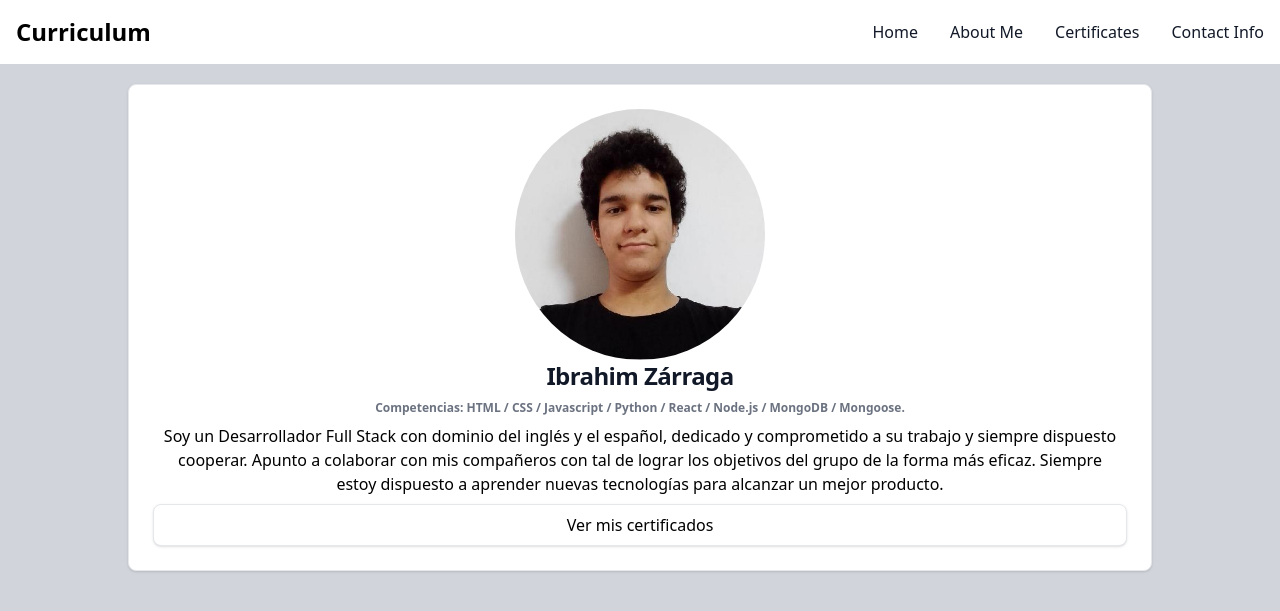
Repository: JetPi/Presentatio-Project
Page: /
An editor plug-in stored every save of this project. The page is shown before and after the next save, followed by the edit.
The browser window is 1280 px wide. The pictures show the whole page.
The project was rebuilt for these pictures with package versions that can differ from the ones it lists, and the page was loaded fresh each time. The framework's server and built-in components were replaced by stand-ins that run in the browser. Also part of the build but not shown: next.config.js.

Above is the page before, as saved 2023-04-03 15:55:49.

### src/pages/_app.tsx
import "@/styles/globals.css";
import type { AppProps } from "next/app";
import { NavBar } from "@/components/NavBar";

const navList = [
  { text: "Home", href: "/" },
  { text: "About Me", href: "/about/me" },
  { text: "Certificates", href: "/about/certificates" },
  { text: "Contact Info", href: "/about/socials" },
];

export default function App({ Component, pageProps }: AppProps) {
  return (
    <div className="min-h-screen pb-2 bg-gray-300 h-cover">
      <NavBar navList={navList} />
      <Component {...pageProps} />
    </div>
  );
}

### src/pages/index.tsx
import Head from "next/head";
import Image from "next/image";
import { Inter } from "next/font/google";
import styles from "@/styles/Home.module.css";
import { Card, CardButton } from "@/components/Card";
import { CardTitle } from "@/components/Card";
import { Url } from "url";

const inter = Inter({ subsets: ["latin"] });

let mySkills = [
  "HTML",
  "CSS",
  "Javascript",
  "Python",
  "React",
  "Node.js",
  "MongoDB",
  "Mongoose",
];

let myDescription =
  "Soy un Desarrollador Full Stack con dominio del inglés y el español, dedicado y comprometido a su trabajo y siempre dispuesto cooperar. Apunto a colaborar con mis compañeros con tal de lograr los objetivos del grupo de la forma más eficaz. Siempre estoy dispuesto a aprender nuevas tecnologías para alcanzar un mejor producto.";

function skillFixer(array: Array<string>) {
  for (let i = 0; i < array.length; i++) {
    const element = array[i];
    if (i === array.length - 1) {
      array[i] = element + ".";
    } else {
      array[i] = element + " / ";
    }
  }
  return array;
}

export default function Home() {
  const url: Url = {
    href: "/about/me",
    auth: null,
    hash: null,
    host: null,
    hostname: null,
    path: null,
    pathname: null,
    protocol: null,
    search: null,
    slashes: null,
    port: null,
    query: null,
  };
  return (
    <>
      <div className="flex justify-center pt-5 ">
        <Card styling="flex flex-col w-4/5">
          <Image
            className="flex mx-auto rounded-full align-center"
            src={"/Foto de Presentación.png"}
            width={250}
            height={250}
            alt={"Profile Photo"}
          />
          <CardTitle>Ibrahim Zárraga</CardTitle>
          <div className="mx-auto text-xs font-semibold text-gray-500">
            Competencias: {skillFixer(mySkills)}
          </div>
          <div className="m-2 text-base text-center">{myDescription}</div>
          <CardButton href={url} styling="w-auto p-2 ">
            Ver mis certificados
          </CardButton>
        </Card>
      </div>
    </>
  );
}

### src/styles/globals.css
@tailwind base;
@tailwind components;
@tailwind utilities;

:root {
  --max-width: 1100px;
  --border-radius: 12px;
  --font-mono: ui-monospace, Menlo, Monaco, "Cascadia Mono", "Segoe UI Mono",
    "Roboto Mono", "Oxygen Mono", "Ubuntu Monospace", "Source Code Pro",
    "Fira Mono", "Droid Sans Mono", "Courier New", monospace;

  --foreground-rgb: 0, 0, 0;
  --background-start-rgb: 214, 219, 220;
  --background-end-rgb: 255, 255, 255;

  --primary-glow: conic-gradient(
    from 180deg at 50% 50%,
    #16abff33 0deg,
    #0885ff33 55deg,
    #54d6ff33 120deg,
    #0071ff33 160deg,
    transparent 360deg
  );
  --secondary-glow: radial-gradient(
    rgba(255, 255, 255, 1),
    rgba(255, 255, 255, 0)
  );

  --tile-start-rgb: 239, 245, 249;
  --tile-end-rgb: 228, 232, 233;
  --tile-border: conic-gradient(
    #00000080,
    #00000040,
    #00000030,
    #00000020,
    #00000010,
    #00000010,
    #00000080
  );

  --callout-rgb: 238, 240, 241;
  --callout-border-rgb: 172, 175, 176;
  --card-rgb: 180, 185, 188;
  --card-border-rgb: 131, 134, 135;
}

@media (prefers-color-scheme: dark) {
  :root {
    --foreground-rgb: 255, 255, 255;
    --background-start-rgb: 0, 0, 0;
    --background-end-rgb: 0, 0, 0;

    --primary-glow: radial-gradient(rgba(1, 65, 255, 0.4), rgba(1, 65, 255, 0));
    --secondary-glow: linear-gradient(
      to bottom right,
      rgba(1, 65, 255, 0),
      rgba(1, 65, 255, 0),
      rgba(1, 65, 255, 0.3)
    );

    --tile-start-rgb: 2, 13, 46;
    --tile-end-rgb: 2, 5, 19;
    --tile-border: conic-gradient(
      #ffffff80,
      #ffffff40,
      #ffffff30,
      #ffffff20,
      #ffffff10,
      #ffffff10,
      #ffffff80
    );

    --callout-rgb: 20, 20, 20;
    --callout-border-rgb: 108, 108, 108;
    --card-rgb: 100, 100, 100;
    --card-border-rgb: 200, 200, 200;
  }
}

* {
  box-sizing: border-box;
  padding: 0;
  margin: 0;
}

html,
body {
  max-width: 100vw;
  overflow-x: hidden;
}

body {
  color: rgb(var(--foreground-rgb));
}

a {
  color: inherit;
  text-decoration: none;
}

@media (prefers-color-scheme: dark) {
  html {
    color-scheme: dark;
  }
}

### src/components/NavBar.tsx
import Image from "next/image";
import Link from "next/link";
import { ReactNode } from "react";
type NavData = {
  href: string;
  text: string;
};

interface Props {
  children?: ReactNode | string;
  href?: string;
  navList?: Array<NavData>;
}

function NavItem({ children, href }: Props) {
  return (
    <li>
      <Link
        href={{ pathname: href }}
        className="block py-2 pl-3 pr-4 text-gray-900 rounded hover:bg-gray-100 md:hover:bg-transparent md:border-0 md:hover:text-blue-700 md:p-0 dark:text-white md:dark:hover:text-blue-500 dark:hover:bg-gray-700 dark:hover:text-white md:dark:hover:bg-transparent"
      >
        {children}
      </Link>
    </li>
  );
}

export function NavBar({ navList }: Props) {
  return (
    <nav className="bg-white border-gray-200 dark:bg-gray-900">
      <div className="flex flex-wrap items-center justify-between max-w-screen-xl p-4 mx-auto">
        <span className="self-center text-2xl font-semibold whitespace-nowrap dark:text-white">
          Curriculum
        </span>
        <button
          data-collapse-toggle="navbar-default"
          type="button"
          className="inline-flex items-center p-2 ml-3 text-sm text-gray-500 rounded-lg md:hidden hover:bg-gray-100 focus:outline-none focus:ring-2 focus:ring-gray-200 dark:text-gray-400 dark:hover:bg-gray-700 dark:focus:ring-gray-600"
          aria-controls="navbar-default"
          aria-expanded="false"
        >
          <span className="sr-only">Open main menu</span>
          <svg
            className="w-6 h-6"
            aria-hidden="true"
            fill="currentColor"
            viewBox="0 0 20 20"
            xmlns="http://www.w3.org/2000/svg"
          >
            <path
              fillRule="evenodd"
              d="M3 5a1 1 0 011-1h12a1 1 0 110 2H4a1 1 0 01-1-1zM3 10a1 1 0 011-1h12a1 1 0 110 2H4a1 1 0 01-1-1zM3 15a1 1 0 011-1h12a1 1 0 110 2H4a1 1 0 01-1-1z"
              clipRule="evenodd"
            ></path>
          </svg>
        </button>
        <div className="hidden w-full md:block md:w-auto" id="navbar-default">
          <ul className="flex flex-col p-4 mt-4 font-medium border border-gray-100 rounded-lg md:p-0 bg-gray-50 md:flex-row md:space-x-8 md:mt-0 md:border-0 md:bg-white dark:bg-gray-800 md:dark:bg-gray-900 dark:border-gray-700">
            {navList?.map((item) => {
              return (
                <NavItem href={item.href} key={Math.random()}>
                  {item.text}
                </NavItem>
              );
            })}
          </ul>
        </div>
      </div>
    </nav>
  );
}

### src/components/Card.tsx
import { redirect } from "next/dist/server/api-utils";
import Link from "next/link";
import { useRouter } from "next/router";
import { Url } from "url";
import React, { MouseEventHandler, ReactNode, useState } from "react";
interface Props {
  children?: ReactNode;
  styling?: string;
  href?: string;
}

interface ButtonProps {
  children?: ReactNode;
  styling?: string;
  href: Url;
}

export function Card({ styling, children }: Props) {
  return (
    <div
      className={`${
        styling ? styling : "flex justify-stretch"
      } p-6 bg-white border border-gray-200 rounded-lg shadow hover:bg-gray-100 dark:bg-gray-800 dark:border-gray-700 dark:hover:bg-gray-700`}
    >
      {children}
      <p className="font-normal text-gray-700 dark:text-gray-400"></p>
    </div>
  );
}

export function CardButton({ href, styling, children }: ButtonProps) {
  return (
    <Link
      className={`${
        styling ? styling : "w-32  "
      } p-2 text-center bg-white border border-gray-200 rounded-lg shadow hover:bg-gray-100 dark:bg-gray-800 dark:border-gray-700 dark:hover:bg-gray-700`}
      href={href.href}
    >
      {children}
    </Link>
  );
}

export function CardTitle({ children }: Props) {
  return (
    <h5 className="mb-2 text-2xl font-bold tracking-tight text-center text-gray-900 dark:text-white">
      {children}
    </h5>
  );
}

Loaded but not shown: src/pages/_document.tsx (common file); tailwind.config.js (common file)

After the next save:
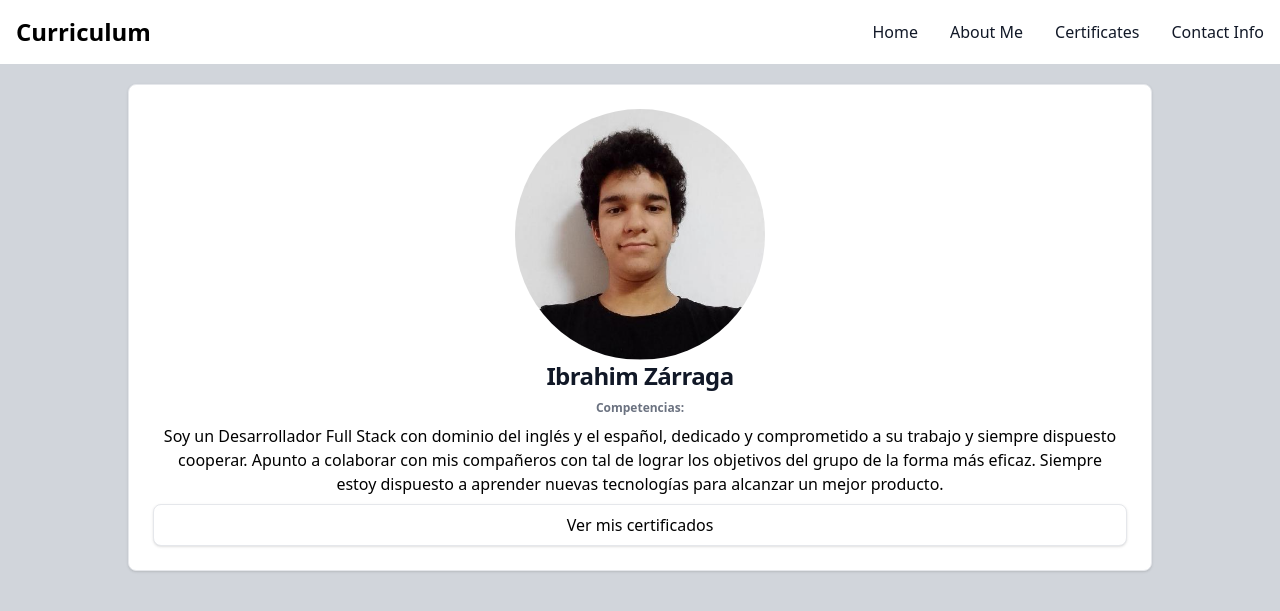
Saved 2 min 30 s later.
--- a/src/pages/index.tsx
+++ b/src/pages/index.tsx
@@ -62,7 +62,7 @@
           />
           <CardTitle>Ibrahim Zárraga</CardTitle>
           <div className="mx-auto text-xs font-semibold text-gray-500">
-            Competencias: {skillFixer(mySkills)}
+            Competencias: {() => skillFixer(mySkills)}
           </div>
           <div className="m-2 text-base text-center">{myDescription}</div>
           <CardButton href={url} styling="w-auto p-2 ">

After the save that followed:
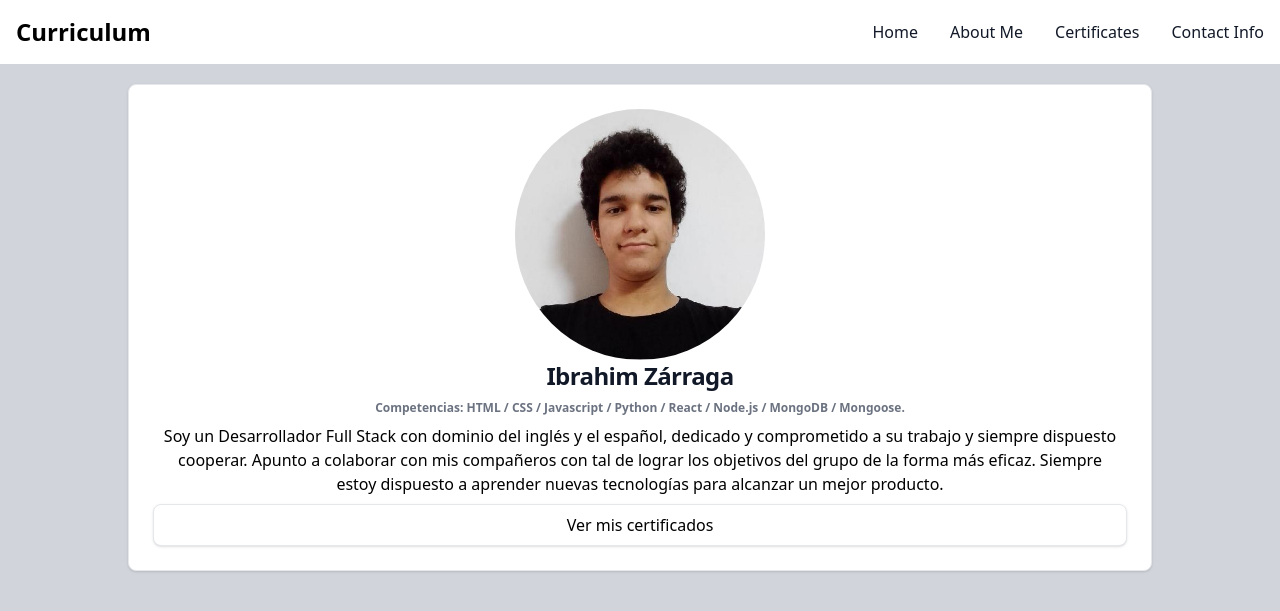
Saved 80 s later.
--- a/src/pages/index.tsx
+++ b/src/pages/index.tsx
@@ -22,16 +22,13 @@
 let myDescription =
   "Soy un Desarrollador Full Stack con dominio del inglés y el español, dedicado y comprometido a su trabajo y siempre dispuesto cooperar. Apunto a colaborar con mis compañeros con tal de lograr los objetivos del grupo de la forma más eficaz. Siempre estoy dispuesto a aprender nuevas tecnologías para alcanzar un mejor producto.";
 
-function skillFixer(array: Array<string>) {
-  for (let i = 0; i < array.length; i++) {
-    const element = array[i];
-    if (i === array.length - 1) {
-      array[i] = element + ".";
-    } else {
-      array[i] = element + " / ";
-    }
+for (let i = 0; i < mySkills.length; i++) {
+  const element = mySkills[i];
+  if (i === mySkills.length - 1) {
+    mySkills[i] = element + ".";
+  } else {
+    mySkills[i] = element + " / ";
   }
-  return array;
 }
 
 export default function Home() {
@@ -62,7 +59,7 @@
           />
           <CardTitle>Ibrahim Zárraga</CardTitle>
           <div className="mx-auto text-xs font-semibold text-gray-500">
-            Competencias: {() => skillFixer(mySkills)}
+            Competencias: {mySkills}
           </div>
           <div className="m-2 text-base text-center">{myDescription}</div>
           <CardButton href={url} styling="w-auto p-2 ">
